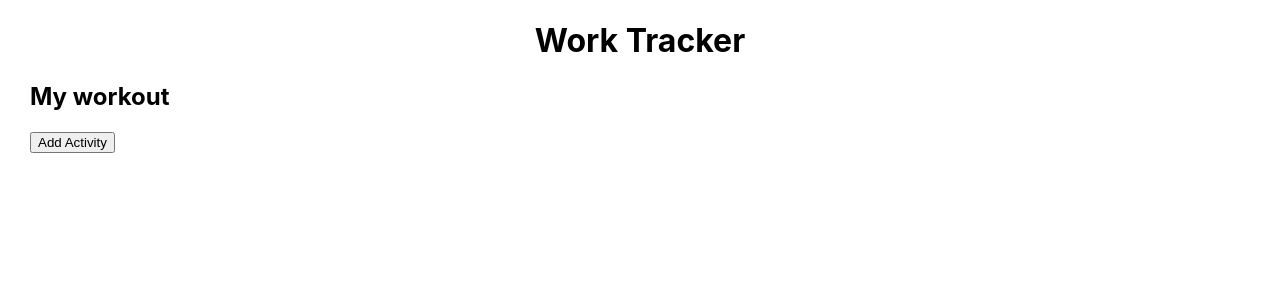
Repository: sudhakaryadav07/react-hooks
Page: /
These files come from the project's save history. The page is drawn as it stood at one moment and after a run of saves; the edit follows.
The browser window is 1280 px wide. The pictures show the whole page.
The project was rebuilt for these pictures with package versions that can differ from the ones it lists, and the page was loaded fresh each time. Also part of the build but not shown: src/components/AddActivity.js.

Above is the page before, as saved 2021-03-25 13:27:58.

### src/index.js
import React from 'react';
import ReactDOM from 'react-dom';
import './index.css';
import App from './App';
import { Provider } from 'react-redux';
import store from './store';

ReactDOM.render(
  <React.StrictMode>
    <Provider store={store}>
      <App />
    </Provider>
  </React.StrictMode>,
  document.getElementById('root')
);

### src/App.js
import './App.css';
import Workouts from './components/Workouts';

function App() {
  return (
    <div className="App">
      <h1>Work Tracker</h1>
      <Workouts />
    </div>
  );
}

export default App;

### src/store.js
import { createStore } from 'redux';
import { composeWithDevTools } from 'redux-devtools-extension';
import rootReducer from './reducers/rootReducer';

const store = createStore(rootReducer, composeWithDevTools());

export default store;

### src/App.css

.App h1 {
  text-align: center;
}
.App .workouts-wrapper {
  margin-left: 30px;
}
.App .workouts-wrapper .activity-wrapper {
  display: flex;
  align-items: center;
}
.App .workouts-wrapper .activity-wrapper button {
  margin-left: 20px;
}
.App .workouts-wrapper .add {
  display: flex;
  align-items: flex-end;
}
.App .workouts-wrapper .add .input-section {
  margin-right: 20px;
}

### src/components/Workouts.js
import React, { useState } from 'react'
import Activity from './Activity';
import { useSelector } from 'react-redux'
import AddActivity from './AddActivity';

const Workouts = () => {

    const { activities } = useSelector((state) => state.activities);

    const [add, setAdd] = useState(false);

    return (
        <div className="workouts-wrapper">
            <h2>My workout</h2>
            <button onClick={() => setAdd(!add)}>Add Activity</button>
            {add && <AddActivity />}
            {activities.map(activity =>
            console.log(activity),
                // <Activity
                //     key={activity.id}
                //     name={activity.name}
                //     duration={activity.duration} />
            )}
        </div>
    )
}

export default Workouts

### src/reducers/rootReducer.js
import { combineReducers } from "redux";
import activitiesReducer from "./activitiesReducer";

export default combineReducers({ activities: activitiesReducer });

### src/reducers/activitiesReducer.js
const INITIAL = {
    activities: [
        {
            id: 1,
            name: "Sprint",
            duration: 12
        },
        {
            id: 2,
            name: "Long-jump",
            duration: 23
        }
    ]
}

const activitiesReducer = (state = INITIAL, action) => {
    switch (action.type) {
        case "CREATE_ACTIVITY":
            return {
                ...state,
                activities: state.activities.push(action.payload)
            };

        default:
            return state;
    }
}

export default activitiesReducer;

### src/components/Activity.js
import React from 'react'

const Activity = ({ name, duration }) => {
    return (
        <div className="activity-wrapper">
            <p>Activity: {name}, Duration: {duration}</p>
            <button>Delete</button>
        </div>
    )
}

export default Activity;

Loaded but not shown: public/index.html (common file); src/index.css (common file)

After the next 2 saves:
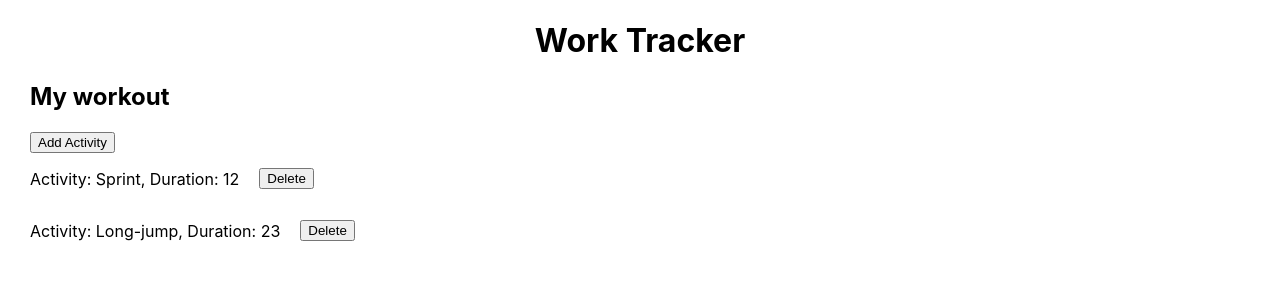
The 2 saves are shown as one change because they came seconds apart.
The last was saved 19 s later.
--- a/src/components/Workouts.js
+++ b/src/components/Workouts.js
@@ -15,11 +15,10 @@ const Workouts = () => {
             <button onClick={() => setAdd(!add)}>Add Activity</button>
             {add && <AddActivity />}
             {activities.map(activity =>
-            console.log(activity),
-                // <Activity
-                //     key={activity.id}
-                //     name={activity.name}
-                //     duration={activity.duration} />
+                <Activity
+                    key={activity.id}
+                    name={activity.name}
+                    duration={activity.duration} />
             )}
         </div>
     )
